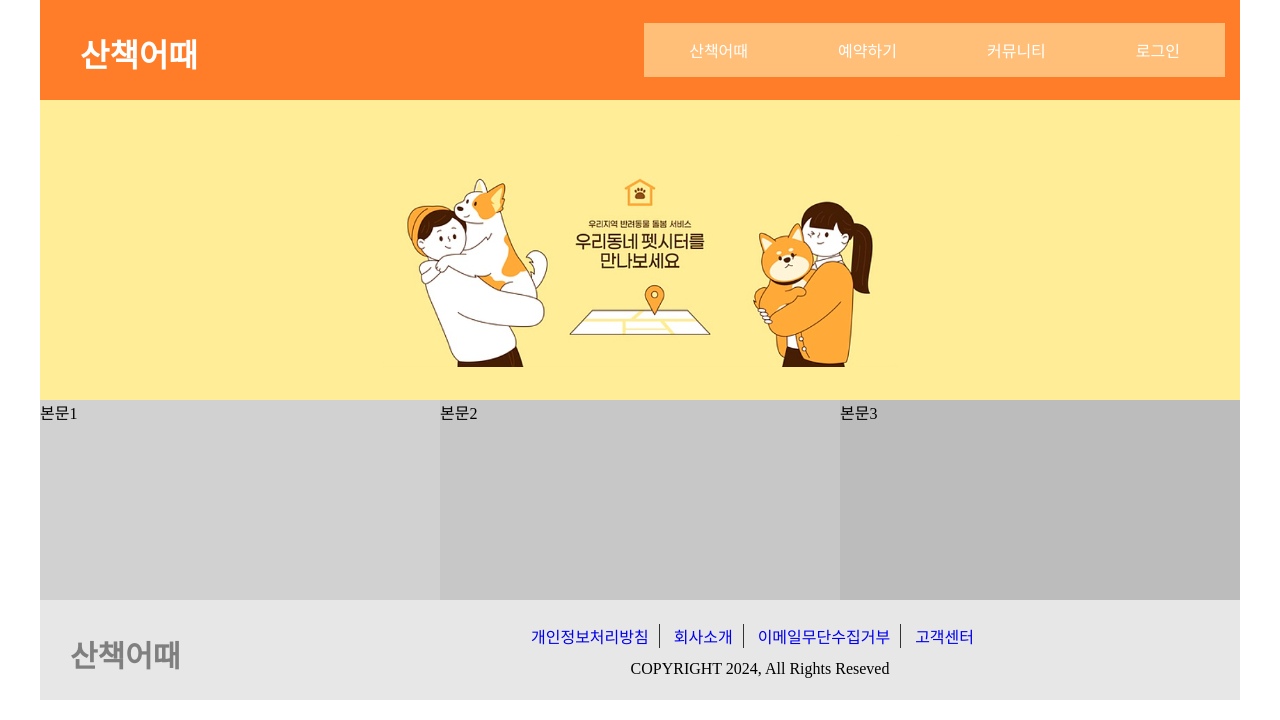
Repository: to-flatwhite1/portfolio
Page: http://localhost/JSP/
An editor plug-in stored every save of this project. The page is shown before and after the next save, followed by the edit.
The browser window is 1280 px wide. The pictures show the whole page.
The page is served by Tomcat 9.

Above is the page before, as saved 2024-07-04 04:53:59.

After the next save:
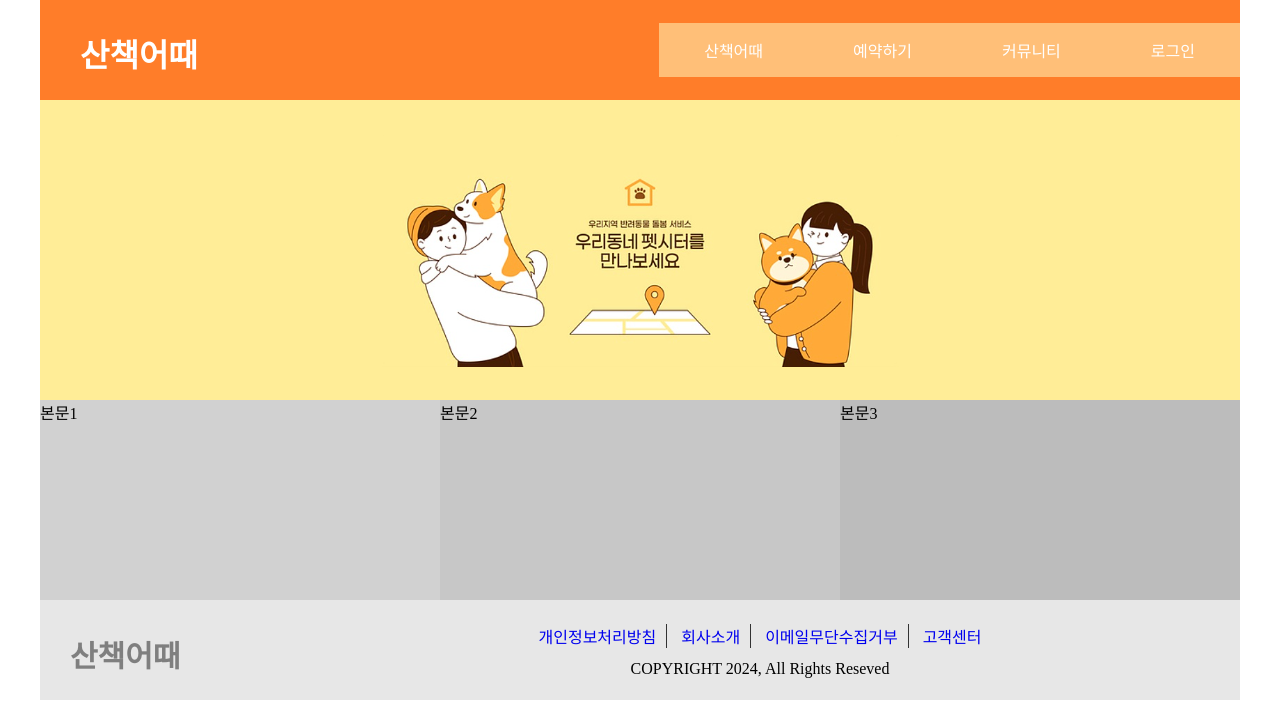
Saved 55 s later.
--- a/JSP/src/main/webapp/index.css
+++ b/JSP/src/main/webapp/index.css
@@ -7,8 +7,6 @@
 a {
     text-decoration: none;
 }
-ul {
-	margin-right: 15px;}
 
 
 li {
